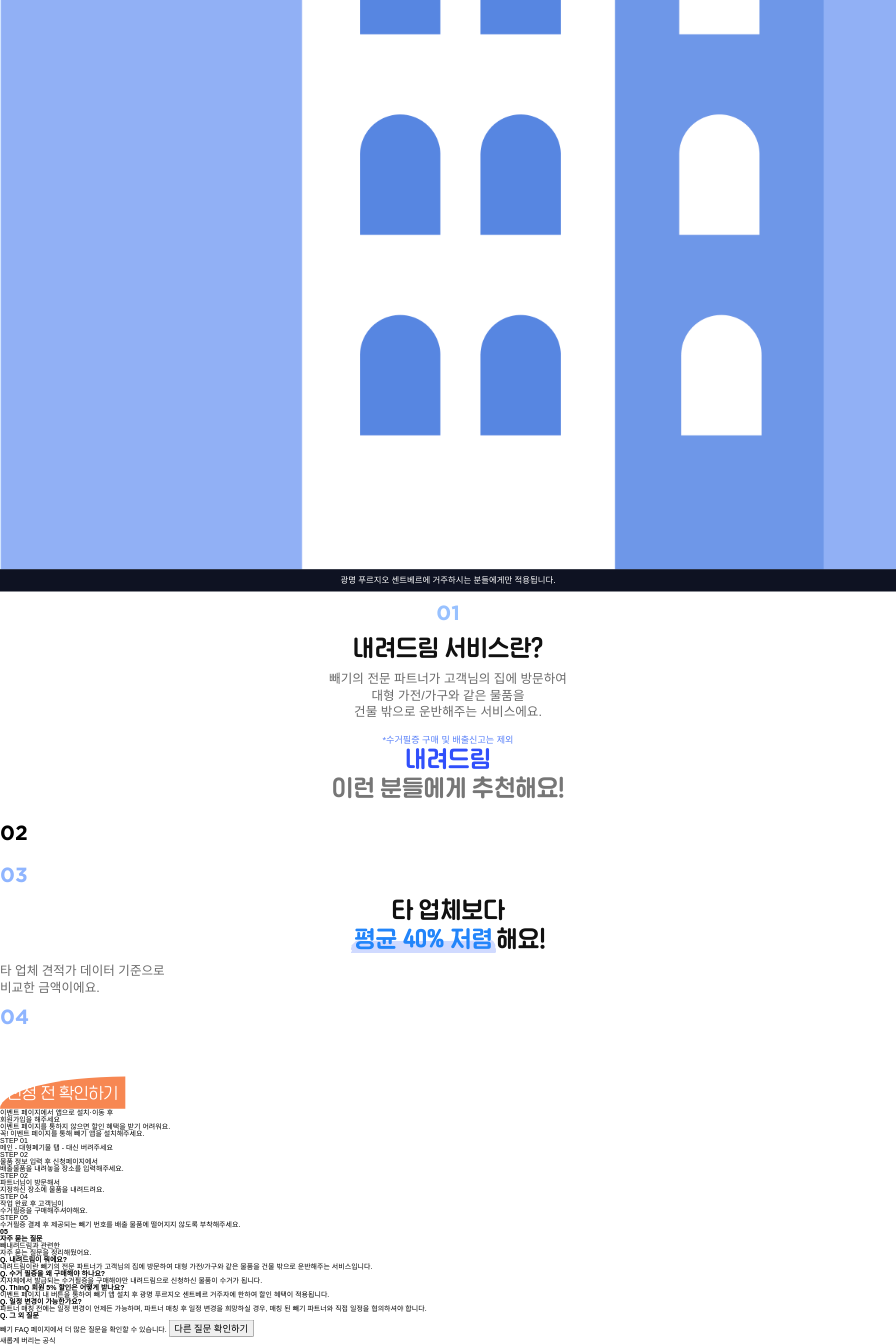
Repository: seraLeeDev/lgthinq-test
Page: index2.html
These files come from the project's save history. The page is drawn as it stood at one moment and after the next save; the edit follows.
The browser window is 1280 px wide. The pictures show the part of the page from y = 2630 to 4550 px (the page is 4550 px tall), at 70% of full size.
Some web fonts or font styles are not loaded; a fallback is used.

Above is the page before, as saved 2023-03-14 15:11:26.
Console error: ReferenceError: AOS is not defined

After the next save:
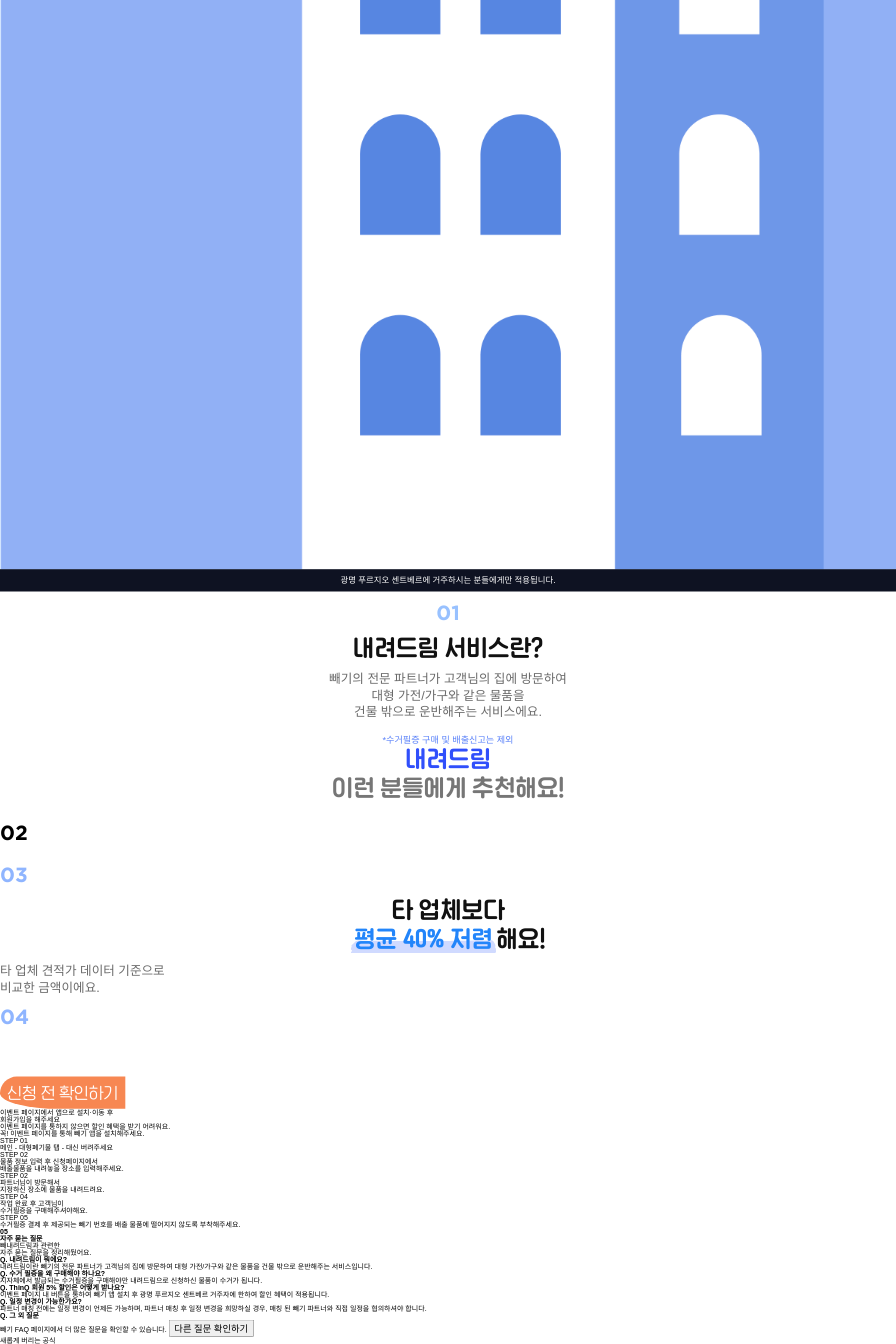
Saved 5 s later.
--- a/css/style.css
+++ b/css/style.css
@@ -117,7 +117,7 @@ body,
   padding: 10px;
   font-size: 4.8rem;
   border-top-left-radius: 50px;
-  border-top-left-radius: 100%;
+  border-bottom-left-radius: 100%;
   color: white;
   text-align: center;
 }
